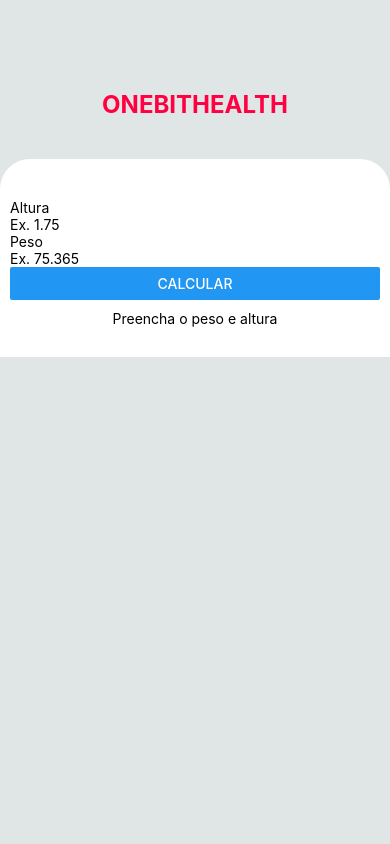
Repository: GustavoMSevero/onebithealth
Screen: /
The author's editor kept a copy of each file at every save. The screen is drawn from the files as they stood at one save, then again after the next save.
The app was drawn by React Native's web renderer in a window 390 px wide. The project was rebuilt for these pictures with package versions that can differ from the ones it lists, and the page was loaded fresh each time.

Above is the screen before, as saved 2024-09-06 16:28:44.

After the next save:
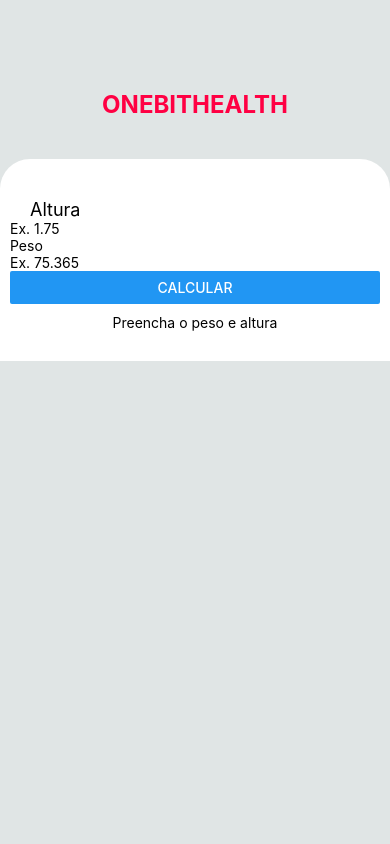
Saved 15 s later.
--- a/src/components/Form/index.js
+++ b/src/components/Form/index.js
@@ -33,7 +33,7 @@
     return(
         <View style={styles.formContext}>
             <View style={styles.form}>
-                <Text>Altura</Text>
+                <Text style={styles.formLabel}>Altura</Text>
                 <TextInput
                     onChange={setHeight}
                     value={height}
